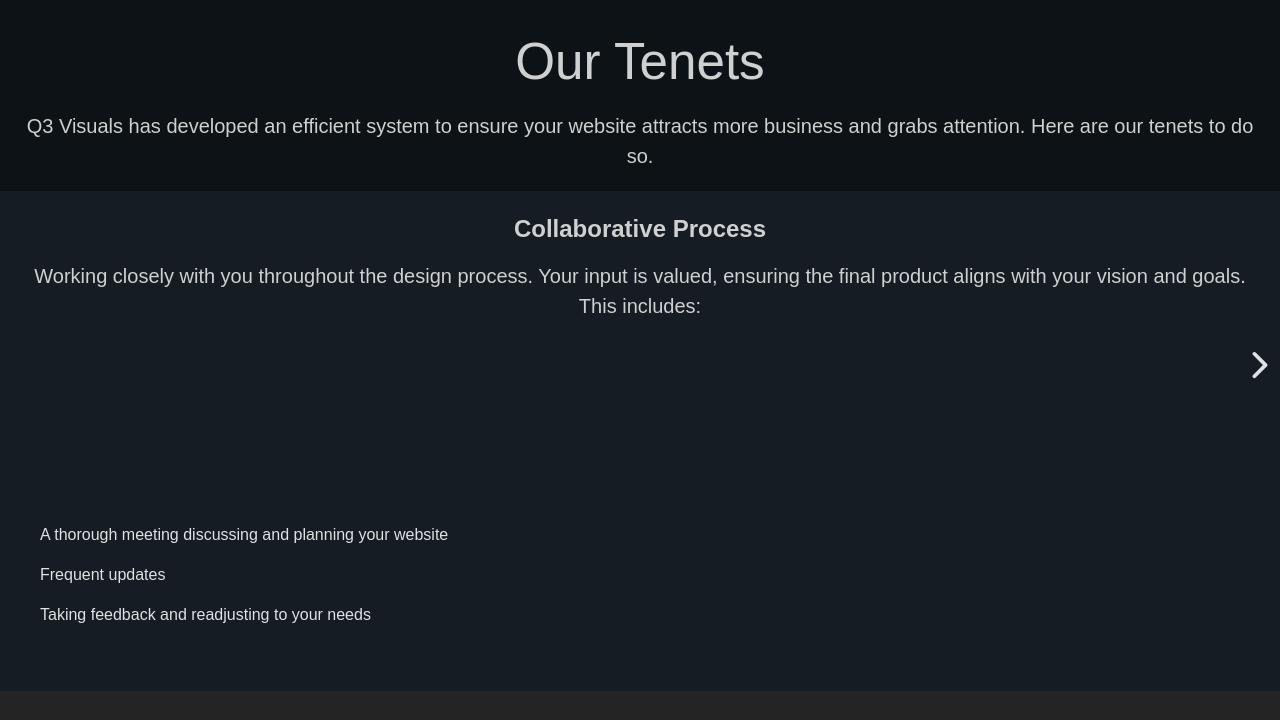
Repository: TMuse333/quantumDesigns
Page: /process
An editor plug-in stored every save of this project. The page is shown before and after a run of saves, followed by the edit.
The browser window is 1280 px wide. The pictures show the whole page.
The project was rebuilt for these pictures with package versions that can differ from the ones it lists, and the page was loaded fresh each time. Also part of the build but not shown: vite.config.js, src/styles/navbar.css, src/components/navbar.jsx, src/styles/herobanner.css, src/components/Herobanner.jsx, src/components/intro.jsx, src/styles/tenets.css, src/components/tenets.jsx and 8 more.

Above is the page before, as saved 2023-12-16 19:26:54.

After the next 2 saves:
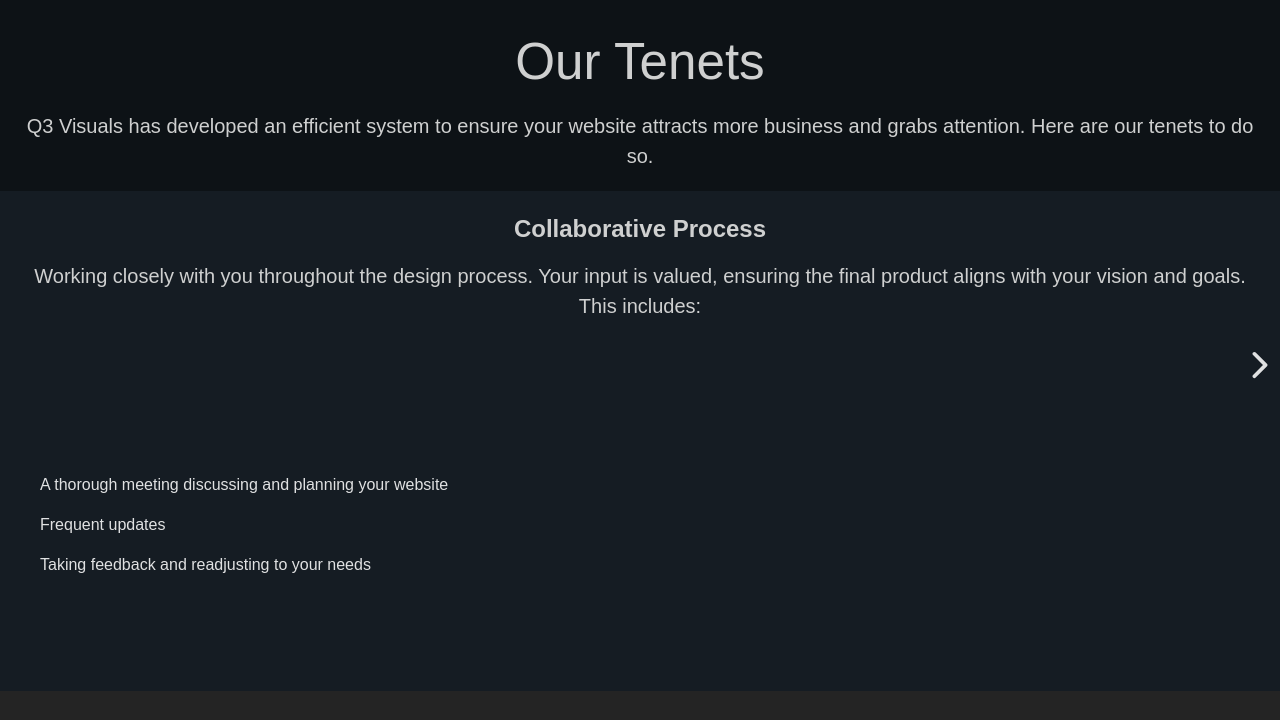
The 2 saves are shown as one change because they came seconds apart.
The last was saved 5 s later.
--- a/src/styles/process.css
+++ b/src/styles/process.css
@@ -9,7 +9,7 @@
 
 .points{
     position: absolute;
-    top:300px
+    top:250px
 }
 
 .points li {
